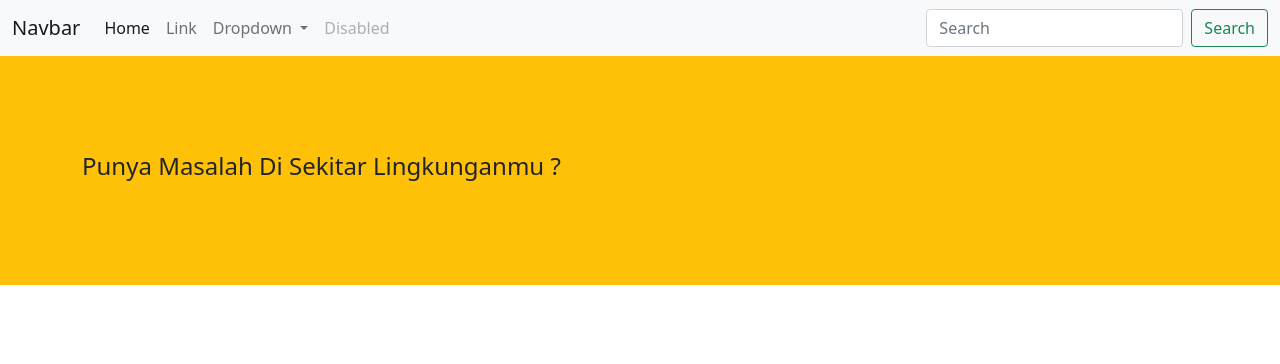
Repository: khulqu15/pengaduan2
Page: http://localhost/
The author's editor kept a copy of each file at every save. The page is drawn from the files as they stood at one save, then again after the next save.
The browser window is 1280 px wide. The pictures show the whole page.
The page is served by the project's Laravel application, run on PHP 8.4 with Laravel 8. Other server files are loaded and not shown.

Above is the page before, as saved 2021-02-23 20:26:47.

### routes/web.php
<?php

use App\Http\Controllers\UserController;
use Illuminate\Support\Facades\Route;

/*
|--------------------------------------------------------------------------
| Web Routes
|--------------------------------------------------------------------------
|
| Here is where you can register web routes for your application. These
| routes are loaded by the RouteServiceProvider within a group which
| contains the "web" middleware group. Now create something great!
|
*/

Route::get('/', function () {
    return view('welcome');
});

Route::get('login', [UserController::class, 'loginGet'])->name('loginView');
Route::post('login', [UserController::class, 'loginPost'])->name('loginLogic');
Route::get('register', [UserController::class, 'registerGet'])->name('registerView');
Route::post('register', [UserController::class, 'registerPost'])->name('registerLogic');

### resources/views/welcome.blade.php
@extends('layout.app')

@section('title', 'Home')

@section('content')
    <div class="container-fluid bg-warning py-5">
        <div class="container">
            <div class="row py-5">
                <div class="col-md-6">
                    <h4>Punya Masalah Di Sekitar Lingkunganmu ?</h4>
                </div>
            </div>
        </div>
    </div>
@endsection

### resources/views/layout/app.blade.php
<!DOCTYPE html>
<html lang="en">
<head>
    <meta charset="UTF-8">
    <meta name="viewport" content="width=device-width, initial-scale=1.0">
    <meta http-equiv="X-UA-Compatible" content="ie=edge">
    <title>Pengaduan | @yield('title')</title>

    <link rel="stylesheet" href="{{ asset('css/bootstrap.min.css') }}">
    <link rel="stylesheet" href="{{ asset('css/all.min.css') }}">
    <link rel="stylesheet" href="{{ asset('css/fontawesome.min.css') }}">

    <script src="{{ asset('js/jquery-3.5.1.min.js') }}"></script>
    <script src="{{ asset('js/bootstrap.min.js') }}"></script>
    <script src="{{ asset('js/all.min.js') }}"></script>
    <script src="{{ asset('js/fontawesome.min.js') }}"></script>

    @yield('assets')

</head>
<body>
    <nav class="navbar navbar-expand-lg navbar-light bg-light">
        <div class="container-fluid">
          <a class="navbar-brand" href="#">Navbar</a>
          <button class="navbar-toggler" type="button" data-bs-toggle="collapse" data-bs-target="#navbarSupportedContent" aria-controls="navbarSupportedContent" aria-expanded="false" aria-label="Toggle navigation">
            <span class="navbar-toggler-icon"></span>
          </button>
          <div class="collapse navbar-collapse" id="navbarSupportedContent">
            <ul class="navbar-nav me-auto mb-2 mb-lg-0">
              <li class="nav-item">
                <a class="nav-link active" aria-current="page" href="#">Home</a>
              </li>
              <li class="nav-item">
                <a class="nav-link" href="#">Link</a>
              </li>
              <li class="nav-item dropdown">
                <a class="nav-link dropdown-toggle" href="#" id="navbarDropdown" role="button" data-bs-toggle="dropdown" aria-expanded="false">
                  Dropdown
                </a>
                <ul class="dropdown-menu" aria-labelledby="navbarDropdown">
                  <li><a class="dropdown-item" href="#">Action</a></li>
                  <li><a class="dropdown-item" href="#">Another action</a></li>
                  <li><hr class="dropdown-divider"></li>
                  <li><a class="dropdown-item" href="#">Something else here</a></li>
                </ul>
              </li>
              <li class="nav-item">
                <a class="nav-link disabled" href="#" tabindex="-1" aria-disabled="true">Disabled</a>
              </li>
            </ul>
            <form class="d-flex">
              <input class="form-control me-2" type="search" placeholder="Search" aria-label="Search">
              <button class="btn btn-outline-success" type="submit">Search</button>
            </form>
          </div>
        </div>
      </nav>

    @yield('content')
</body>
</html>

Loaded but not shown: public/css/bootstrap.min.css (library); public/css/all.min.css (library); public/css/fontawesome.min.css (library); public/js/jquery-3.5.1.min.js (library); public/js/bootstrap.min.js (library); public/js/fontawesome.min.js (library)

After the next save:
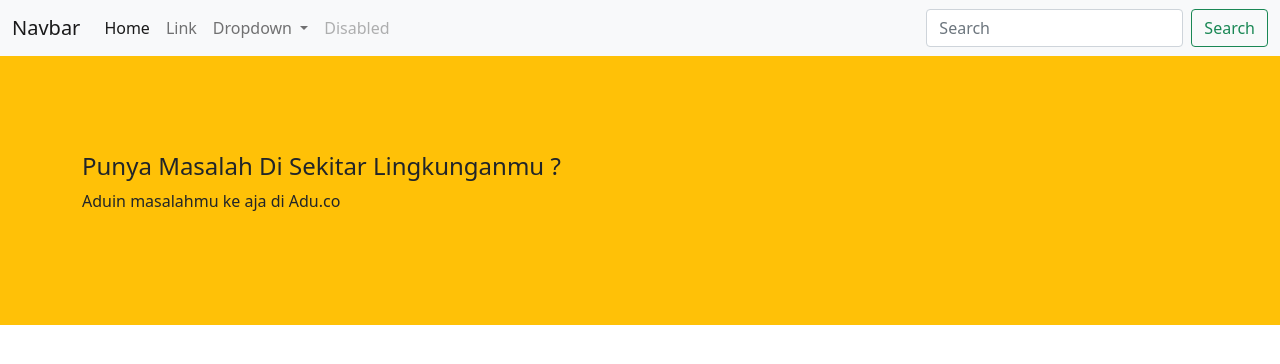
Saved 27 s later.
--- a/resources/views/welcome.blade.php
+++ b/resources/views/welcome.blade.php
@@ -8,6 +8,7 @@
             <div class="row py-5">
                 <div class="col-md-6">
                     <h4>Punya Masalah Di Sekitar Lingkunganmu ?</h4>
+                    <p>Aduin masalahmu ke aja di Adu.co</p>
                 </div>
             </div>
         </div>
